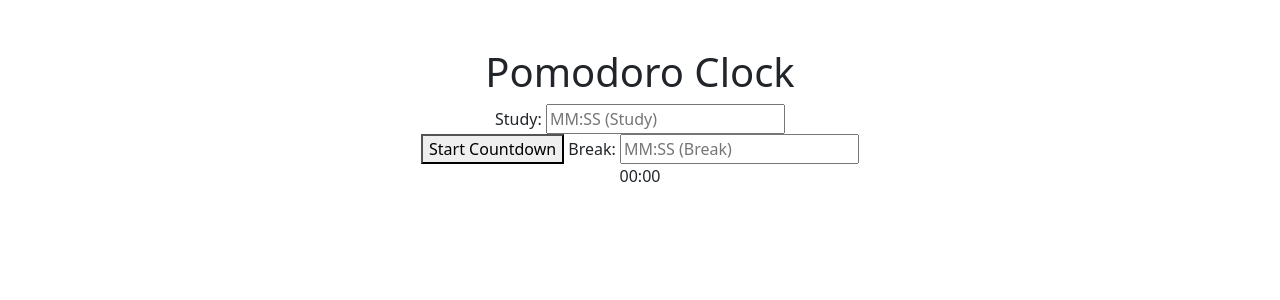
Repository: jobid0212/pomodoro-clock
Page: http://localhost/
These files come from the project's save history. The page is drawn as it stood at one moment and after the next save; the edit follows.
The browser window is 1280 px wide. The pictures show the whole page.
The page is served by the project's application, run on Flask 3 (app.py).

Above is the page before, as saved 2026-02-06 18:46:40.

After the next save:
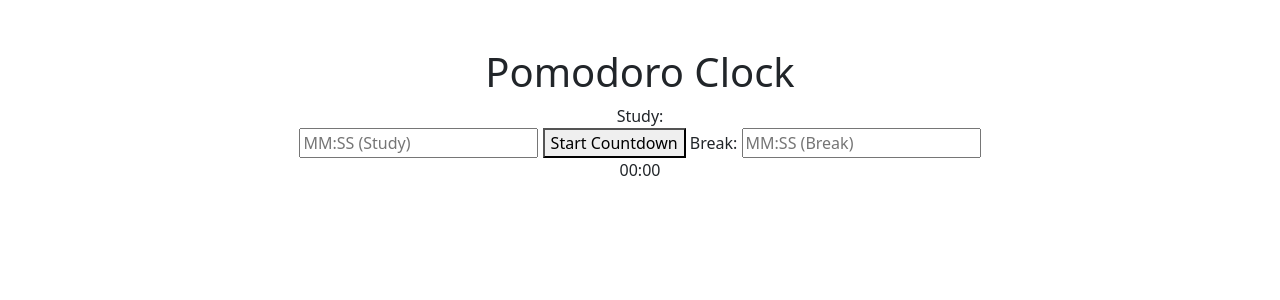
Saved 53 s later.
--- a/static/css/styles.css
+++ b/static/css/styles.css
@@ -1,3 +1,3 @@
-.block-group {
+.block-group label {
     display: block;
 }
